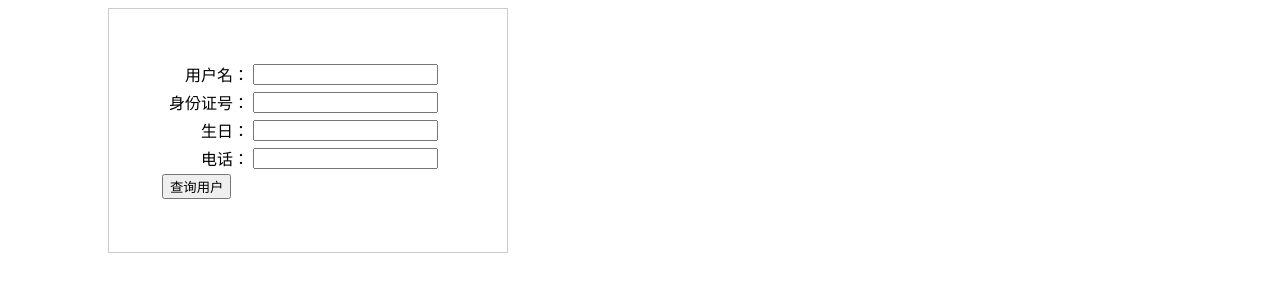
Repository: showmore/study
Page: http://localhost/MyWebProject/
An editor plug-in stored every save of this project. The page is shown before and after the next save, followed by the edit.
The browser window is 1280 px wide. The pictures show the whole page.
The page is served by Tomcat 9. Other server files are loaded and not shown.

Above is the page before, as saved 2018-12-23 10:19:03.

### MyWebProject/WebContent/index.jsp
<%@ page language="java" contentType="text/html; charset=UTF-8"
    pageEncoding="UTF-8"%>
<!DOCTYPE html>
<html>
<head>
	<meta charset="UTF-8">
	<title>Insert title here</title>
</head>
<body>
	<form action="<%=request.getContextPath() %>/query.udo">
	<table
		style="margin:0 100px; padding:50px; border: 1px #ccc solid; width:400px;">
		<tr>
		  <td style="text-align:right;">用户名：</td>
		  <td style="text-align:left;"><input type="text" name="username" /></td>
		</tr>
		<tr>
		  <td style="text-align:right;">身份证号：</td>
		  <td style="text-align:left;"><input type="text" name="identity" /></td>
		</tr>
		<tr>
		  <td style="text-align:right;">生日：</td>
		  <td style="text-align:left;"><input type="text" name="birthday" /></td>
		</tr>
		<tr>
		  <td style="text-align:right;">电话：</td>
		  <td style="text-align:left;"><input type="text" name="phone" /></td>
		</tr>
		<tr>
		  <td colspan="2" style="text-align:left;">
		  		<input type="submit" name="phoneNo" value="查询用户" />
  		  </td>
		</tr>

	</table>
	</form>

</body>
</html>

After the next save:
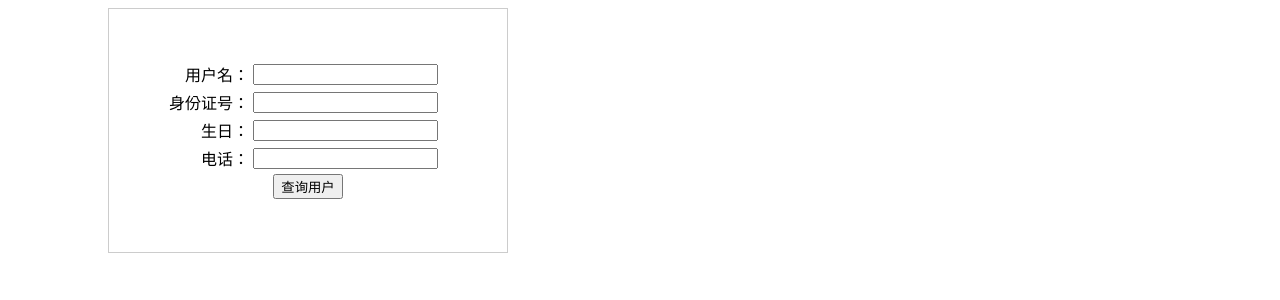
Saved 3 min 16 s later.
--- a/MyWebProject/WebContent/index.jsp
+++ b/MyWebProject/WebContent/index.jsp
@@ -1,38 +1,40 @@
 <%@ page language="java" contentType="text/html; charset=UTF-8"
-    pageEncoding="UTF-8"%>
+	pageEncoding="UTF-8"%>
 <!DOCTYPE html>
 <html>
 <head>
-	<meta charset="UTF-8">
-	<title>Insert title here</title>
+<meta charset="UTF-8">
+<title>Insert title here</title>
 </head>
 <body>
-	<form action="<%=request.getContextPath() %>/query.udo">
-	<table
-		style="margin:0 100px; padding:50px; border: 1px #ccc solid; width:400px;">
-		<tr>
-		  <td style="text-align:right;">用户名：</td>
-		  <td style="text-align:left;"><input type="text" name="username" /></td>
-		</tr>
-		<tr>
-		  <td style="text-align:right;">身份证号：</td>
-		  <td style="text-align:left;"><input type="text" name="identity" /></td>
-		</tr>
-		<tr>
-		  <td style="text-align:right;">生日：</td>
-		  <td style="text-align:left;"><input type="text" name="birthday" /></td>
-		</tr>
-		<tr>
-		  <td style="text-align:right;">电话：</td>
-		  <td style="text-align:left;"><input type="text" name="phone" /></td>
-		</tr>
-		<tr>
-		  <td colspan="2" style="text-align:left;">
-		  		<input type="submit" name="phoneNo" value="查询用户" />
-  		  </td>
-		</tr>
+	<form action="<%=request.getContextPath()%>/query.udo">
+		<table
+			style="margin: 0 100px; padding: 50px; border: 1px #ccc solid; width: 400px;">
+			<tr>
+				<td style="text-align: right;">用户名：</td>
+				<td style="text-align: left;"><input type="text"
+					name="username" /></td>
+			</tr>
+			<tr>
+				<td style="text-align: right;">身份证号：</td>
+				<td style="text-align: left;"><input type="text"
+					name="identity" /></td>
+			</tr>
+			<tr>
+				<td style="text-align: right;">生日：</td>
+				<td style="text-align: left;"><input type="text"
+					name="birthday" /></td>
+			</tr>
+			<tr>
+				<td style="text-align: right;">电话：</td>
+				<td style="text-align: left;"><input type="text" name="phone" /></td>
+			</tr>
+			<tr>
+				<td colspan=2 style="text-align: center;"><input type="submit"
+					name="phoneNo" value="查询用户" /></td>
+			</tr>
 
-	</table>
+		</table>
 	</form>
 
 </body>
